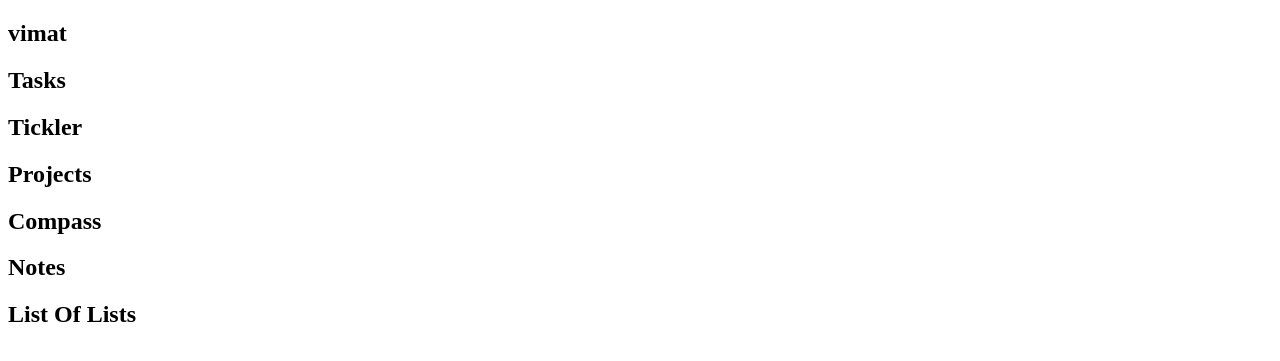
Repository: azwarners/vimat
Page: VIMAT/index.html
The author's editor kept a record of every edit. The page is drawn from the files as they stood at one moment, then again after the next edit.
The browser window is 1280 px wide. The pictures show the whole page.

Above is the page before.
Console error: ReferenceError: createNS is not defined

After the next edit:
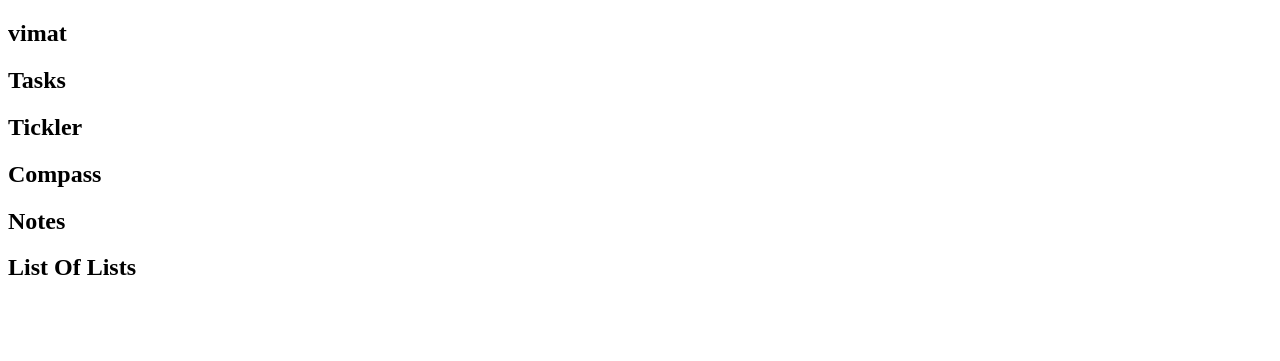
The edit:
--- a/VIMAT/index.html
+++ b/VIMAT/index.html
@@ -43,10 +43,10 @@
       <div id="ticklerTool"></div>
     </section>
 
-    <section class="tool">
-      <h2 onclick="projectsHeaderClicked()">Projects</h2>
-      <div id="projectsTool"></div>
-    </section>
+    <!--<section class="tool">-->
+    <!--  <h2 onclick="projectsHeaderClicked()">Projects</h2>-->
+    <!--  <div id="projectsTool"></div>-->
+    <!--</section>-->
 
     <section class="tool">
       <h2 onclick="compassHeaderClicked()">Compass</h2>
